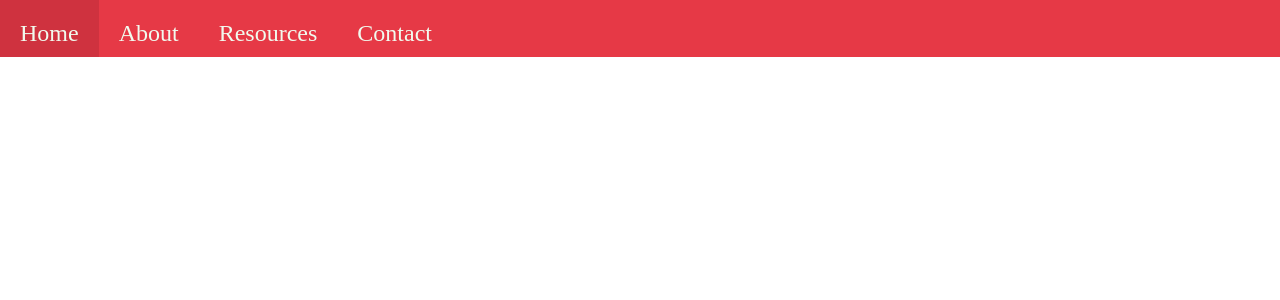
Repository: rdass1/COM421-FinalProject
Page: Website/index.html
The author's editor kept a copy of each file at every save. The page is drawn from the files as they stood at one save, then again after the next save.
The browser window is 1280 px wide. The pictures show the whole page.

Above is the page before, as saved 2021-05-11 22:58:29.

After the next save:
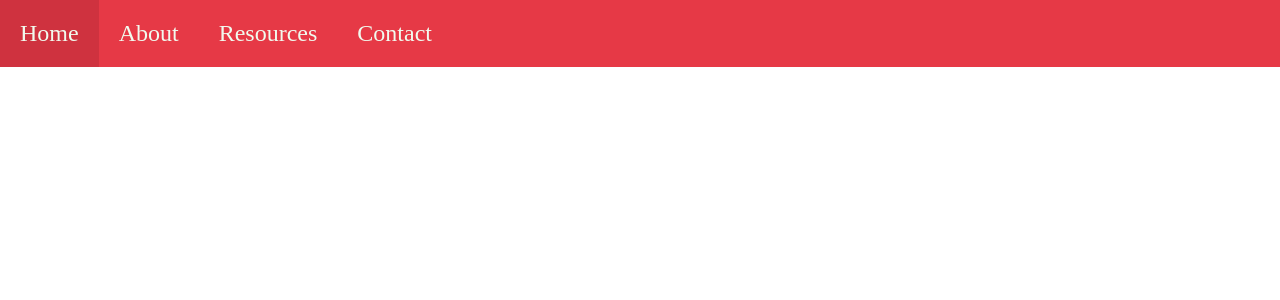
Saved 15 s later.
--- a/Website/css/index.css
+++ b/Website/css/index.css
@@ -28,7 +28,7 @@ header{
 
 #navbar li{
     margin: 0px;
-    padding: 20px 20px 10px 20px;
+    padding: 20px 20px 20px 20px;
     font-size: 1.5rem;
     float:left;
 
